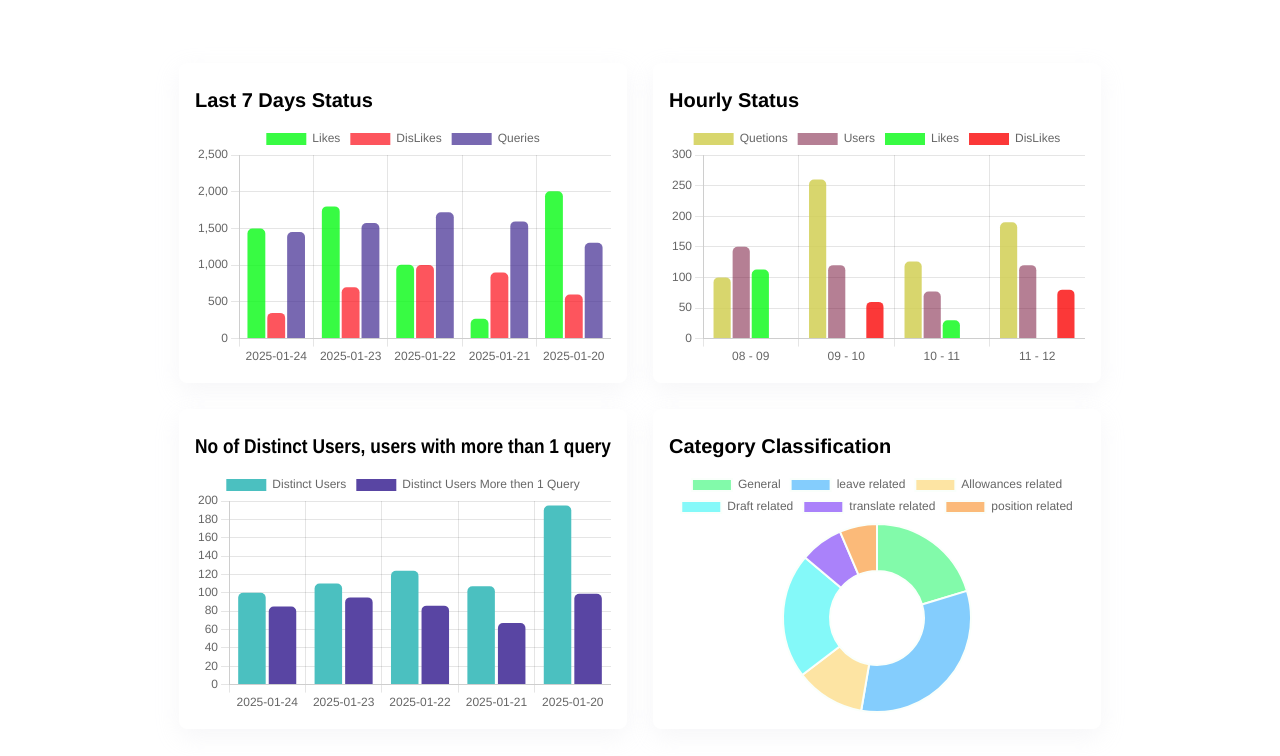
Repository: NAGARAJ-DEVELOPER/Dashboard
Page: /
An editor plug-in stored every save of this project. The page is shown before and after the next save, followed by the edit.
The browser window is 1280 px wide. The pictures show the whole page.
The project was rebuilt for these pictures with package versions that can differ from the ones it lists, and the page was loaded fresh each time. Also part of the build but not shown: vite.config.js.

Above is the page before, as saved 2025-02-12 00:26:35.

After the next save:
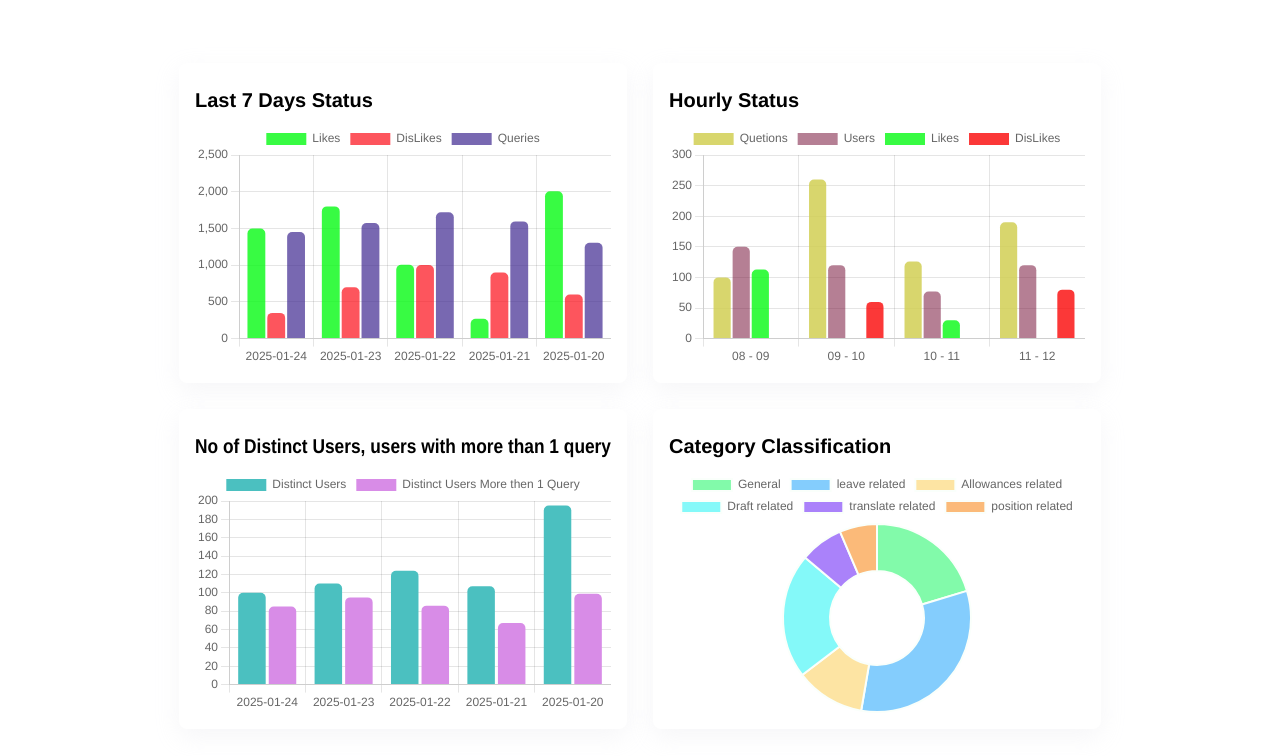
Saved 25 s later.
--- a/src/App.jsx
+++ b/src/App.jsx
@@ -138,7 +138,7 @@ export const App = () => {
               {
                 label: "Distinct Users More then 1 Query",
                 data: user.map((data) => data.Distinct_Users_more_1query),
-                backgroundColor: 'rgb(89, 69, 163)',
+                backgroundColor: 'rgb(216, 140, 231)',
                 borderRadius: 5,
               },
             ],
